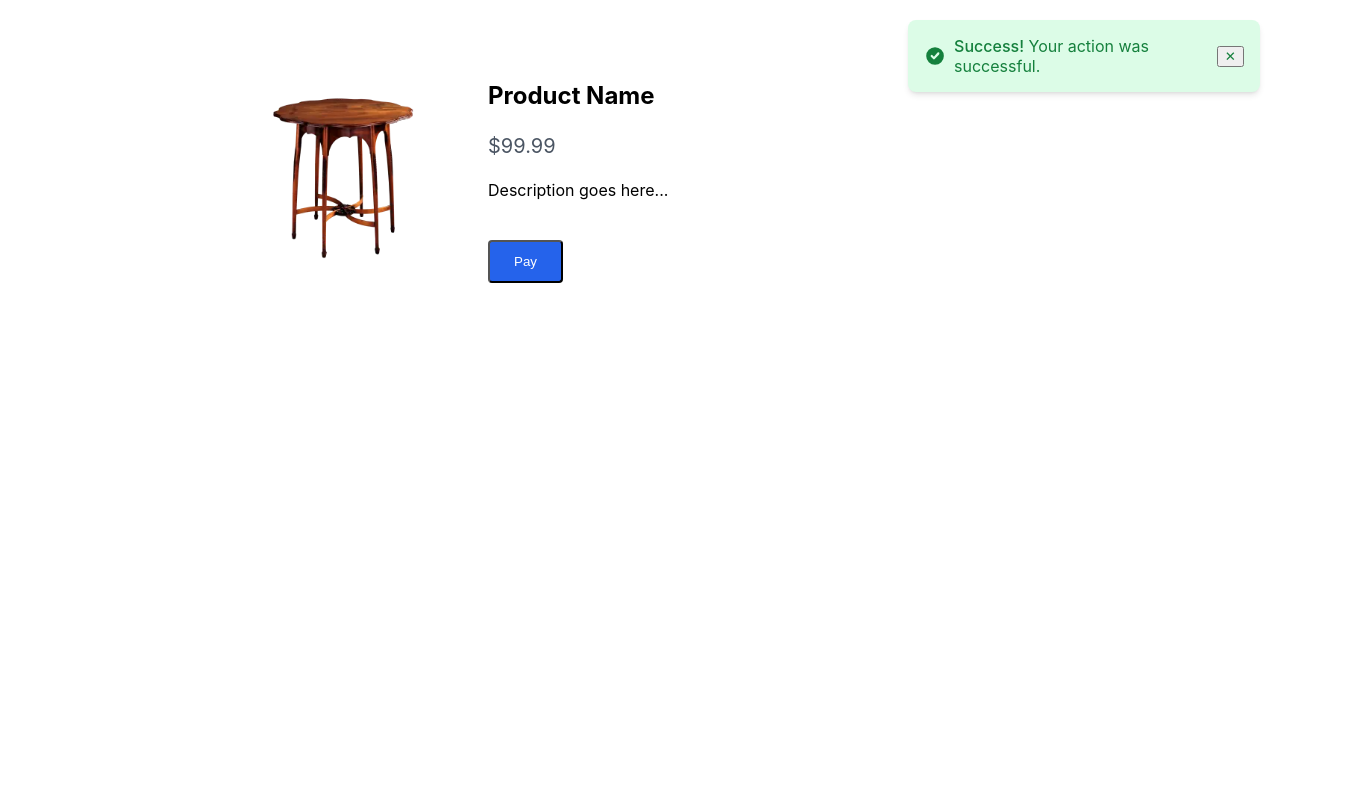
Repository: PayinGate/placeholder-client
Page: /
The author's editor kept a copy of each file at every save. The page is drawn from the files as they stood at one save, then again after the next save.
The browser window is 1280 px wide. The page is 1360 px wide, so the pictures cover 1360 px, including what lies to the right of the window. The pictures show the whole page.
The project was rebuilt for these pictures with package versions that can differ from the ones it lists, and the page was loaded fresh each time.

Above is the page before, as saved 2025-11-15 23:46:22.

After the next save:
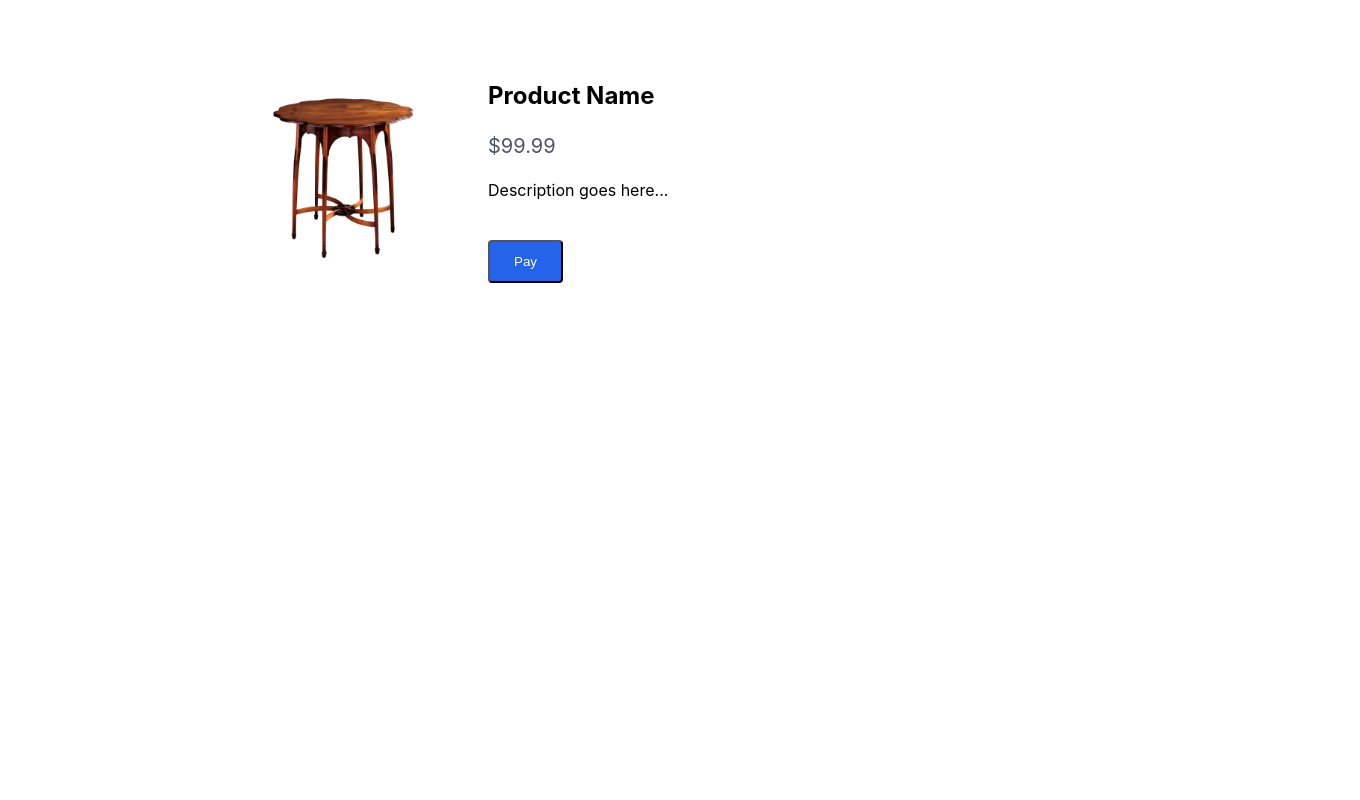
Saved 20 s later.
--- a/src/App.js
+++ b/src/App.js
@@ -49,7 +49,7 @@ function App() {
 
 
 
-<div id="successToast" class="fixed top-5 right-5  flex items-center p-4 mb-4 w-80 text-green-700 bg-green-100 rounded-lg shadow-md" role="alert">
+<div id="successToast" class="fixed top-5 right-5 hidden  items-center p-4 mb-4 w-80 text-green-700 bg-green-100 rounded-lg shadow-md" role="alert">
     <svg class="w-6 h-6 mr-2" fill="currentColor" viewBox="0 0 20 20">
       <path fill-rule="evenodd" d="M10 18a8 8 0 100-16 8 8 0 000 16zm3.707-9.707a1 1 0 00-1.414-1.414L9 10.586 7.707 9.293a1 1 0 00-1.414 1.414l2 2a1 1 0 001.414 0l4-4z" clip-rule="evenodd"></path>
     </svg>
@@ -61,7 +61,7 @@ function App() {
     </button>
   </div>
 
-  <div id="errorToast" class="fixed top-5 right-5 hidden flex items-center p-4 mb-4 w-80 text-red-700 bg-red-100 rounded-lg shadow-md" role="alert">
+  <div id="errorToast" class="fixed top-5 right-5 hidden items-center p-4 mb-4 w-80 text-red-700 bg-red-100 rounded-lg shadow-md" role="alert">
     <svg class="w-6 h-6 mr-2" fill="currentColor" viewBox="0 0 20 20">
       <path fill-rule="evenodd" d="M10 18a8 8 0 100-16 8 8 0 000 16zm-1-9V7a1 1 0 112 0v2a1 1 0 11-2 0zm1 4a1 1 0 100-2 1 1 0 000 2z" clip-rule="evenodd"></path>
     </svg>
